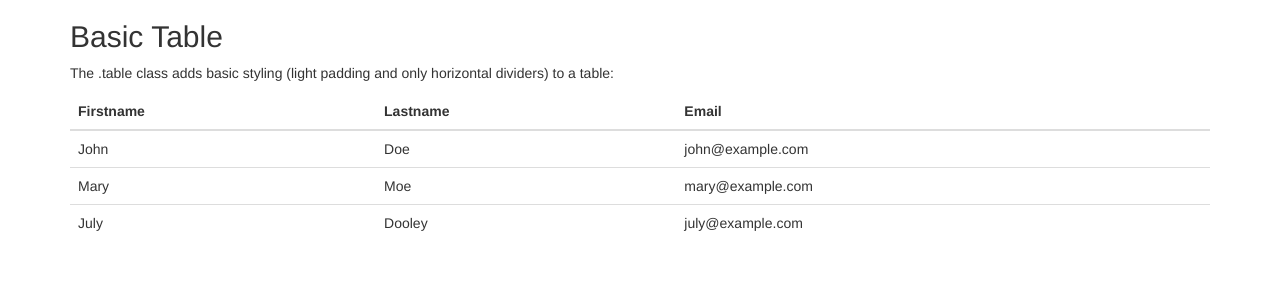
Repository: IreneCho/sk
Page: jqmTest/WebContent/day15/bootTest/a.html
The author's editor kept a copy of each file at every save. The page is drawn from the files as they stood at one save, then again after the next save.
The browser window is 1280 px wide. The pictures show the whole page.

Above is the page before, as saved 2016-08-18 03:46:13.
Console error (its wording comes from the project's code and is left out).

After the next save:
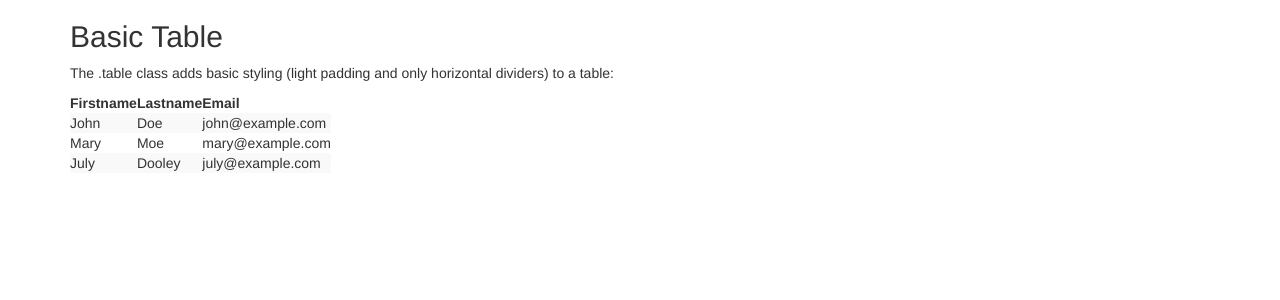
Saved 75 s later.
--- a/jqmTest/WebContent/day15/bootTest/a.html
+++ b/jqmTest/WebContent/day15/bootTest/a.html
@@ -16,7 +16,7 @@
 <div class="container">
   <h2>Basic Table</h2>
   <p>The .table class adds basic styling (light padding and only horizontal dividers) to a table:</p>
-  <table class="table">
+  <table class="table-striped">
     <thead>
       <tr>
         <th>Firstname</th>

After the save that followed:
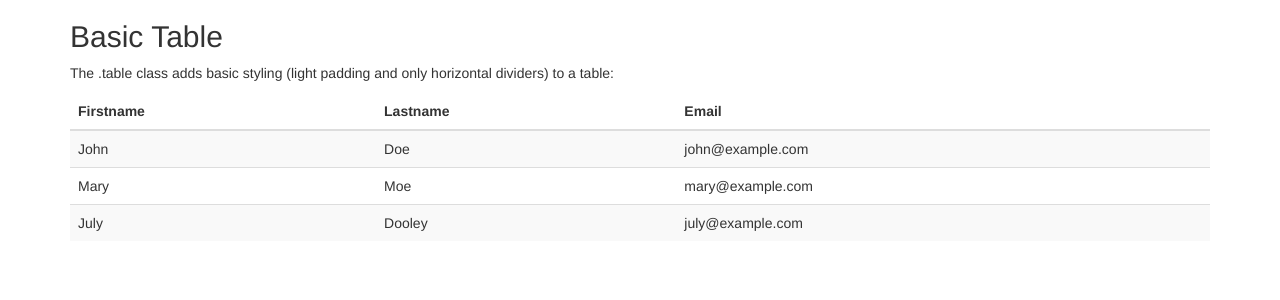
Saved 100 s later.
--- a/jqmTest/WebContent/day15/bootTest/a.html
+++ b/jqmTest/WebContent/day15/bootTest/a.html
@@ -16,7 +16,7 @@
 <div class="container">
   <h2>Basic Table</h2>
   <p>The .table class adds basic styling (light padding and only horizontal dividers) to a table:</p>
-  <table class="table-striped">
+  <table class=" table table-striped">
     <thead>
       <tr>
         <th>Firstname</th>
